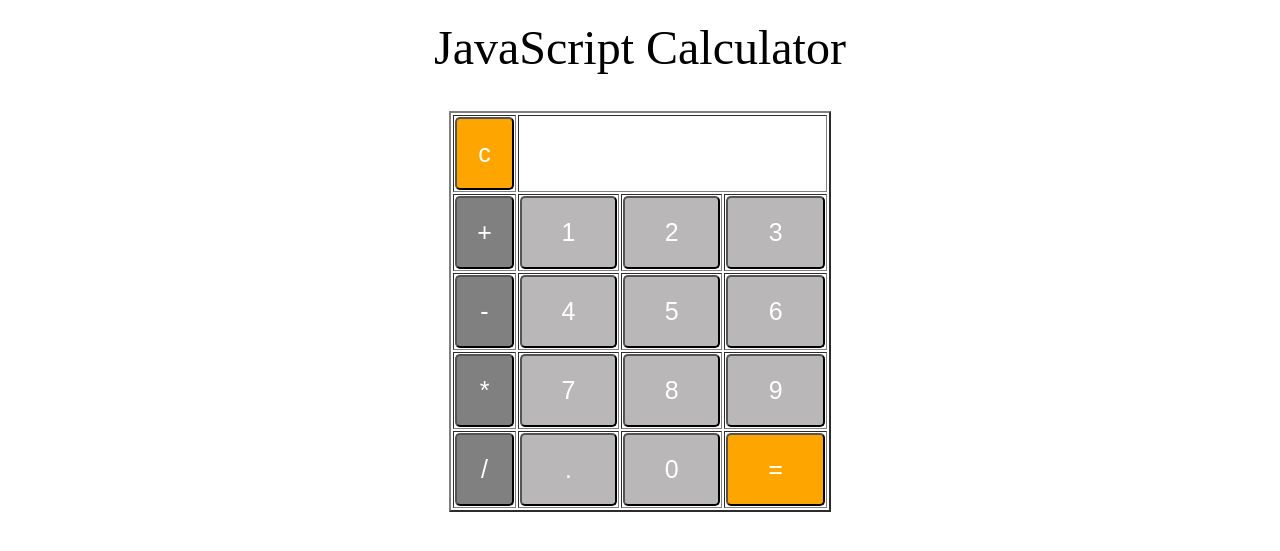
Repository: spidero7/Simple-Calculator
Page: index.html
The author's editor kept a copy of each file at every save. The page is drawn from the files as they stood at one save, then again after the next save.
The browser window is 1280 px wide. The pictures show the whole page.

Above is the page before, as saved 2021-09-15 08:41:53.

After the next save:
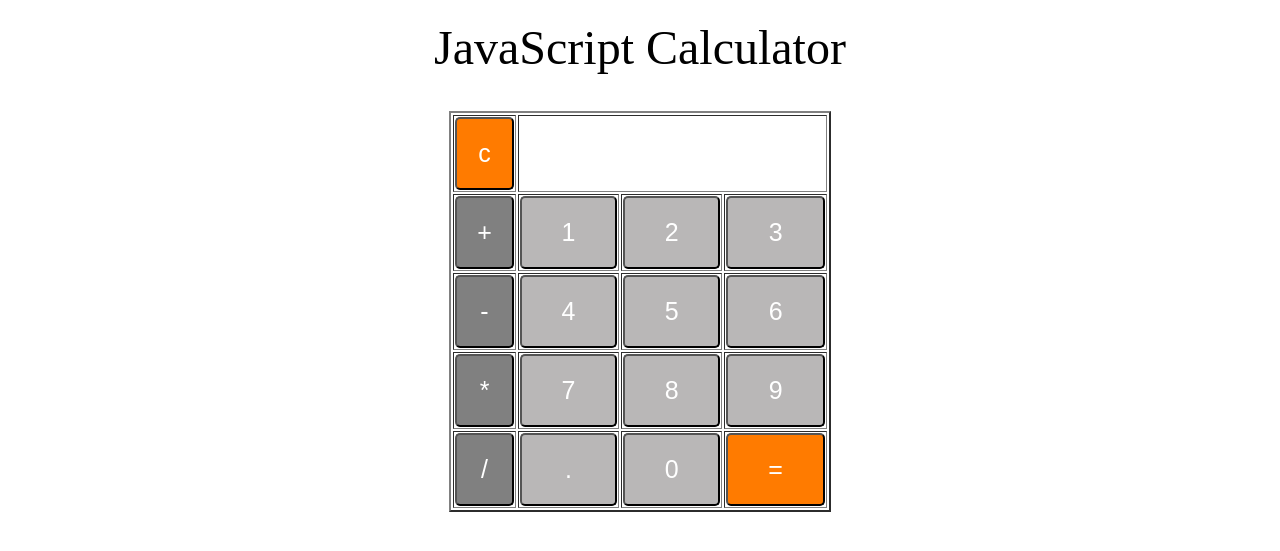
Saved 6 s later.
--- a/style.css
+++ b/style.css
@@ -45,7 +45,7 @@ input[type="text"] {
 }
 
 input[value="c"], .equals {
-    background-color: orange;
+    background-color: rgb(255, 123, 0);
 }
 
 .action {
